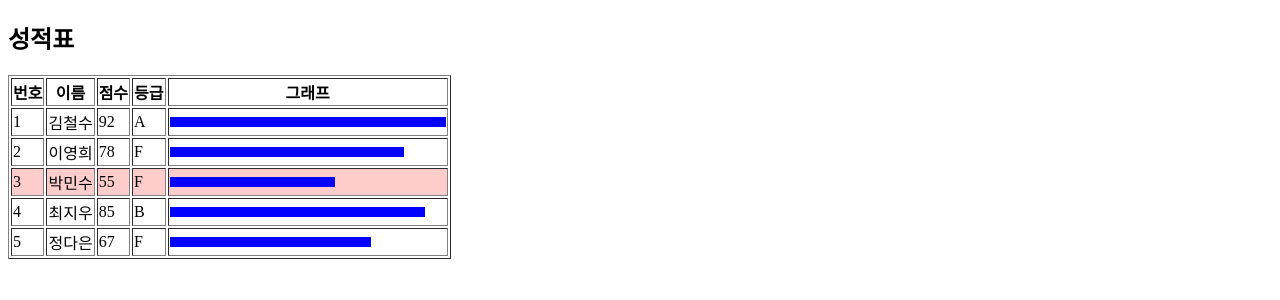
Repository: ohseung-web/Jsp2026
Page: http://localhost/chapter01/example_score.jsp
The author's editor kept a copy of each file at every save. The page is drawn from the files as they stood at one save, then again after the next save.
The browser window is 1280 px wide. The pictures show the whole page.
The page is served by Tomcat 9.

Above is the page before, as saved 2026-10-16 05:51:11.

After the next save:
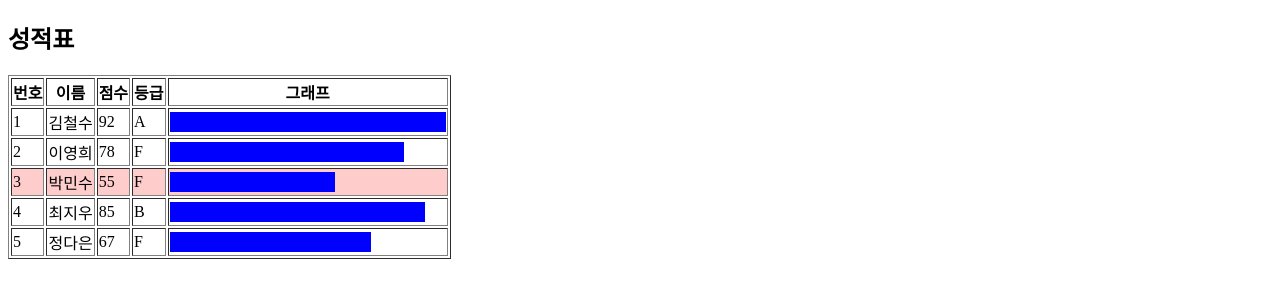
Saved 39 s later.
--- a/chapter01/src/main/webapp/example_score.jsp
+++ b/chapter01/src/main/webapp/example_score.jsp
@@ -47,7 +47,7 @@
 		<td><%= scores[i] %></td>
 		<td><%= getGrade(scores[i]) %></td>
 		<td>
-		    <div style="width:<%= scores[i] * 3 %>px; height:10px; background-color:blue"></div>
+		    <div style="width:<%= scores[i] * 3 %>px; height:20px; background-color:blue"></div>
 		</td>
 	</tr>
 <%
